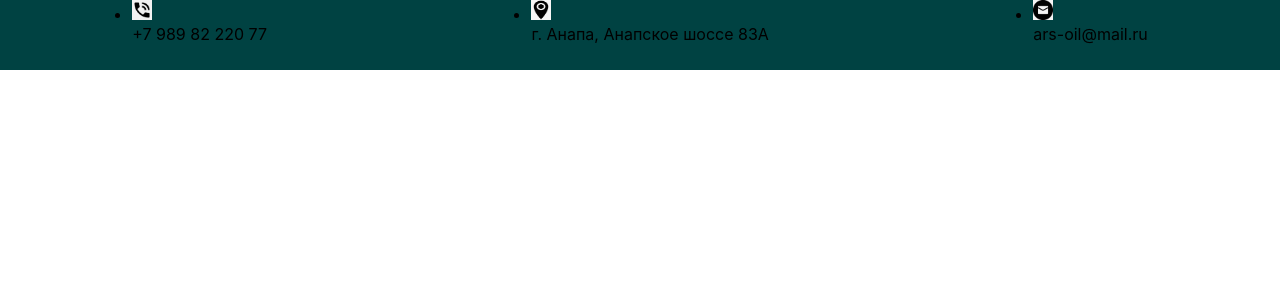
Repository: Vahe4836/new-project--Vahe
Page: /
An editor plug-in stored every save of this project. The page is shown before and after the next save, followed by the edit.
The browser window is 1280 px wide. The pictures show the whole page.
The project was rebuilt for these pictures with package versions that can differ from the ones it lists, and the page was loaded fresh each time.

Above is the page before, as saved 2022-02-25 14:26:49.

### public/index.html
<!DOCTYPE html>
<html lang="en">
  <head>
    <meta charset="utf-8" />
    <link rel="icon" href="%PUBLIC_URL%/favicon.ico" />
    <meta name="viewport" content="width=device-width, initial-scale=1" />
    <meta name="theme-color" content="#000000" />
    <meta
      name="description"
      content="Web site created using create-react-app"
    />
    <link rel="apple-touch-icon" href="%PUBLIC_URL%/logo192.png" />
    <!--
      manifest.json provides metadata used when your web app is installed on a
      user's mobile device or desktop. See https://developers.google.com/web/fundamentals/web-app-manifest/
    -->
    <link rel="manifest" href="%PUBLIC_URL%/manifest.json" />
    <!--
      Notice the use of %PUBLIC_URL% in the tags above.
      It will be replaced with the URL of the `public` folder during the build.
      Only files inside the `public` folder can be referenced from the HTML.

      Unlike "/favicon.ico" or "favicon.ico", "%PUBLIC_URL%/favicon.ico" will
      work correctly both with client-side routing and a non-root public URL.
      Learn how to configure a non-root public URL by running `npm run build`.
    -->
    <title>Золотая колесница</title>
  </head>
  <body>
    <noscript>You need to enable JavaScript to run this app.</noscript>
    <div id="root"></div>
    <!--
      This HTML file is a template.
      If you open it directly in the browser, you will see an empty page.

      You can add webfonts, meta tags, or analytics to this file.
      The build step will place the bundled scripts into the <body> tag.

      To begin the development, run `npm start` or `yarn start`.
      To create a production bundle, use `npm run build` or `yarn build`.
    -->
  </body>
</html>

### src/App.js
import React from 'react';
import './App.css';
import Header from './Layouts/Header/Header';

function App() {
  return (
    <Header />
  )

}

export default App;

### src/Layouts/Header/Header.jsx
import React from "react";
import style from "./Header.module.scss";
import geo from "../../Images/Geo.png";
import mail from "../../Images/mail.jpg";
import tel from "../../Images/Tel.png";

export default function Header() {
  return (
    <div className={style.adressbox}>
      <ul>
        <li>
          {" "}
          <img src={tel} width ={20} height = {20} alt="" /> <p>+7 989 82 220 77</p>{" "}
        </li>
        <li>
          {" "}
          <img src={geo} width ={20} height = {20} alt="" /> <p>г. Анапа, Анапское шоссе 83А</p>{" "}
        </li>
        <li>
          {" "}
          <img src={mail} width ={20} height = {20} alt="" /> <p>ars-oil@mail.ru</p> {" "}
        </li>
      </ul>
    </div>
  );
}

### src/Layouts/Header/Header.module.scss
.adressbox{
    width: 100%;
    height: 70px;
    background-color: #004242;

    >ul{
        display: flex;
        justify-content: space-around;
    }
}

Loaded but not shown: src/index.js (common file); src/index.css (common file); src/reportWebVitals.js (common file); src/App.css (common file)

After the next save:
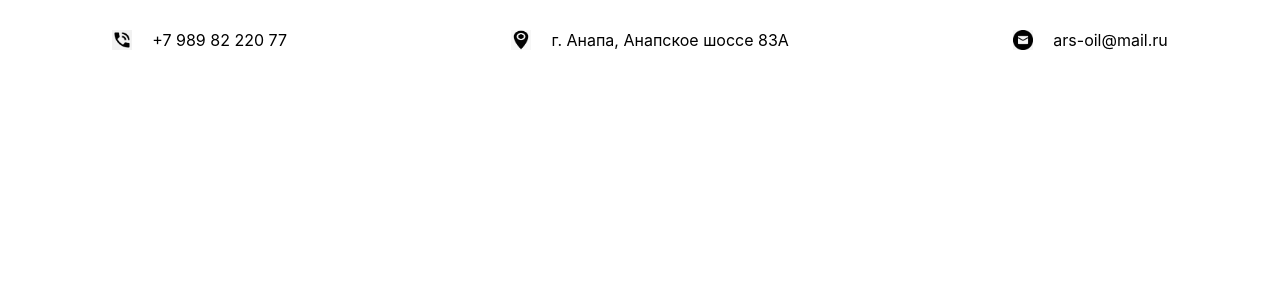
Saved 8 s later.
--- a/src/Layouts/Header/Header.module.scss
+++ b/src/Layouts/Header/Header.module.scss
@@ -1,10 +1,22 @@
 .adressbox{
     width: 100%;
     height: 70px;
-    background-color: #004242;
+
 
     >ul{
         display: flex;
         justify-content: space-around;
+        margin-top: 30px;
+        >li{
+            list-style: none;
+            display: flex;
+            >img{
+
+
+            }
+            >p{
+                margin-left: 20px;
+            }
+        }
     }
 }
